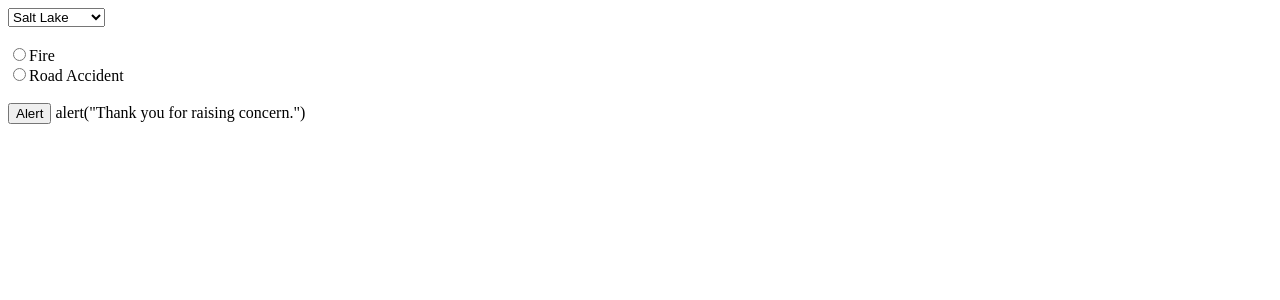
Repository: jeetlovely/ems
Page: EmergencyManagement/WebContent/userpage.html
An editor plug-in stored every save of this project. The page is shown before and after the next save, followed by the edit.
The browser window is 1280 px wide. The pictures show the whole page.

Above is the page before, as saved 2018-04-29 15:24:23.

After the next save:
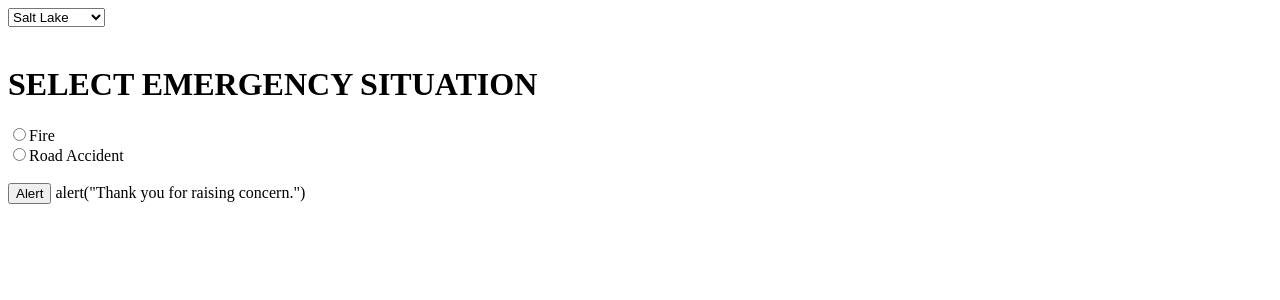
Saved 55 min 35 s later.
--- a/EmergencyManagement/WebContent/userpage.html
+++ b/EmergencyManagement/WebContent/userpage.html
@@ -12,7 +12,7 @@
   <option value="22.5170,88.3658">Gariahat</option>
   <option value="22.5982,88.3687">Shyambazar</option>
 </select> <br><br>
-
+<h1>SELECT EMERGENCY SITUATION</h1>
 <input type="radio" name="accidentType" value="msp101">Fire<br>
 <input type="radio" name="accidentType" value="msp102">Road Accident<br><br>
 
